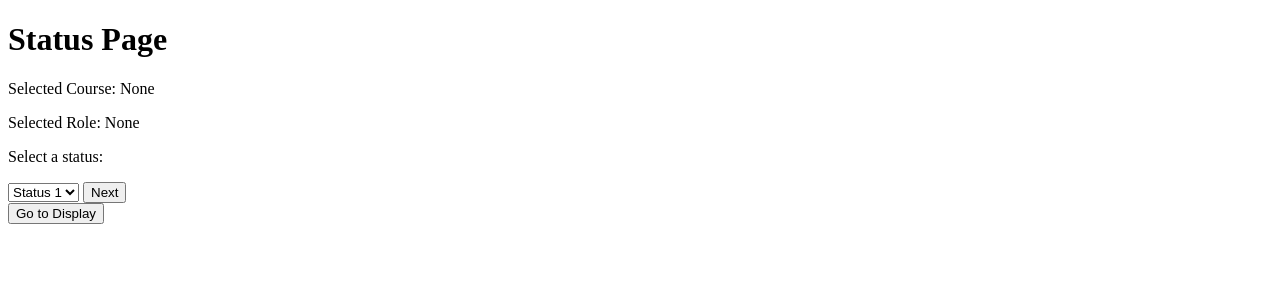
Repository: harneet862/hacked_beta
Page: http://localhost/status
An editor plug-in stored every save of this project. The page is shown before and after the next save, followed by the edit.
The browser window is 1280 px wide. The pictures show the whole page.
The page is served by the project's application, run on Flask 3 (app.py). Other server files are loaded and not shown.

Above is the page before, as saved 2024-11-09 20:39:39.

### templates/status.html
<!DOCTYPE html>
<html lang="en">
<head>
    <meta charset="UTF-8">
    <title>Status Page</title>
</head>
<body>
    <h1>Status Page</h1>
    <p>Selected Course: {{ selected_course }}</p>
    <p>Selected Role: {{ selected_role }}</p>
    <p>Select a status:</p>
    <form action="{{ url_for('status') }}" method="POST">
        <select name="dropdown">
            {% for option in options %}
                <option value="{{ option }}">{{ option }}</option>
            {% endfor %}
        </select>
        <button type="submit">Next</button>
    </form>

    <!-- Button that leads to the display page -->
    <form action="{{ url_for('display') }}" method="GET">
        <button type="submit">Go to Display</button>
    </form>
</body>
</html>

### app.py
from flask import Flask , render_template, request, redirect, url_for
from flask_sqlalchemy import SQLAlchemy
import subprocess
from user_class import User

def get_disk_uuid():
    result = subprocess.run(["diskutil", "info", "/"], stdout=subprocess.PIPE)
    output = result.stdout.decode("utf-8")
    for line in output.splitlines():
        if "Volume UUID" in line:
            return line.split(":")[-1].strip()
    return None


def get_courses(): #retrieves course list
    with open('course_list.txt', 'r') as file:
        courses = file.readlines()
    return courses

user = User() #instance of user class


app = Flask(__name__)

@app.route('/') #home route

def index():
    system_id = get_disk_uuid()

    return render_template('index.html',system_id=system_id)
 #flask knows to look for this


# Course page (new route)
@app.route("/course", methods=["POST", "GET"])
def course():
    dropdown_options = get_courses()
    if request.method == "POST":
        selected_course = request.form.get("dropdown")

        user.courseUpdate(selected_course)

        return redirect(url_for("roles", course=selected_course))
    return render_template("course.html", options=dropdown_options)

# Roles page
@app.route("/roles", methods=["POST", "GET"])
def roles():
    selected_course = request.args.get("course")
    dropdown_options = ["Role 1", "Role 2", "Role 3", "Role 4"]
    if request.method == "POST":
        selected_role = request.form.get("dropdown")

        user.roleUpdate(selected_role)

        return redirect(url_for("status", course=selected_course, role=selected_role))
    return render_template("roles.html", options=dropdown_options, selected_course=selected_course)

# Status page
@app.route("/status", methods=["POST", "GET"])
def status():
    selected_course = request.args.get("course")
    selected_role = request.args.get("role")
    dropdown_options = ["Status 1", "Status 2", "Status 3", "Status 4"]
    if request.method == "POST":
        selected_status = request.form.get("dropdown")

        user.statusUpdate(selected_status)

        return redirect(url_for("location", course=selected_course, role=selected_role, status=selected_status))
    return render_template("status.html", options=dropdown_options, selected_course=selected_course, selected_role=selected_role)

# Location page
@app.route("/location", methods=["POST", "GET"])
def location():
    selected_course = request.args.get("course")
    selected_role = request.args.get("role")
    selected_status = request.args.get("status")
    dropdown_options = ["Location 1", "Location 2", "Location 3", "Location 4"]
    if request.method == "POST":
        selected_location = request.form.get("dropdown")

        user.locationUpdate(selected_location)

        return redirect(url_for("display", course=selected_course, role=selected_role, status=selected_status, location=selected_location))
    return render_template("location.html", options=dropdown_options, selected_course=selected_course, selected_role=selected_role, selected_status=selected_status)

# Display page
@app.route("/display", methods=["GET"])
def display():
    selected_course = user.returnCourse()
    selected_role = user.returnRole()
    selected_status = user.returnStatus()
    selected_location = user.returnLocation()
    return render_template("display.html", course=selected_course, role=selected_role, status=selected_status, location=selected_location)

if __name__ == "__main__":
    app.run(debug=True)

After the next save:
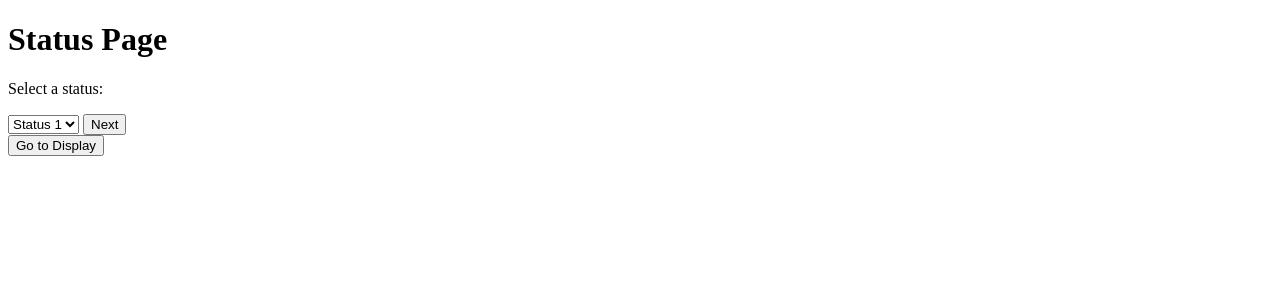
Saved 6 s later.
--- a/templates/status.html
+++ b/templates/status.html
@@ -6,8 +6,6 @@
 </head>
 <body>
     <h1>Status Page</h1>
-    <p>Selected Course: {{ selected_course }}</p>
-    <p>Selected Role: {{ selected_role }}</p>
     <p>Select a status:</p>
     <form action="{{ url_for('status') }}" method="POST">
         <select name="dropdown">
